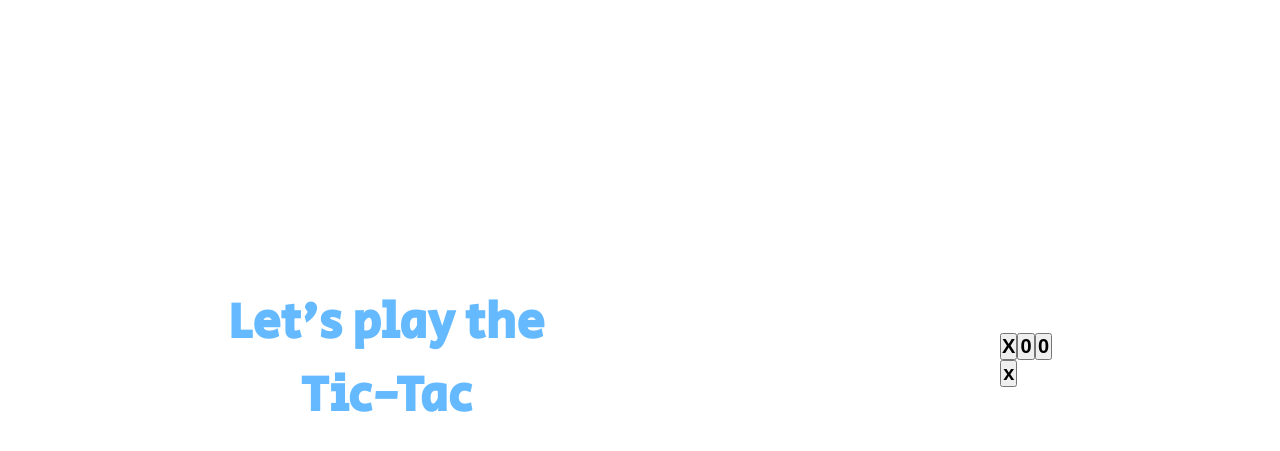
Repository: evergreenx/tic-tac
Page: /
An editor plug-in stored every save of this project. The page is shown before and after a run of saves, followed by the edit.
The browser window is 1280 px wide. The pictures show the whole page.
The project was rebuilt for these pictures with package versions that can differ from the ones it lists, and the page was loaded fresh each time.

Above is the page before, as saved 2022-04-20 16:51:15.

After the next 3 saves:
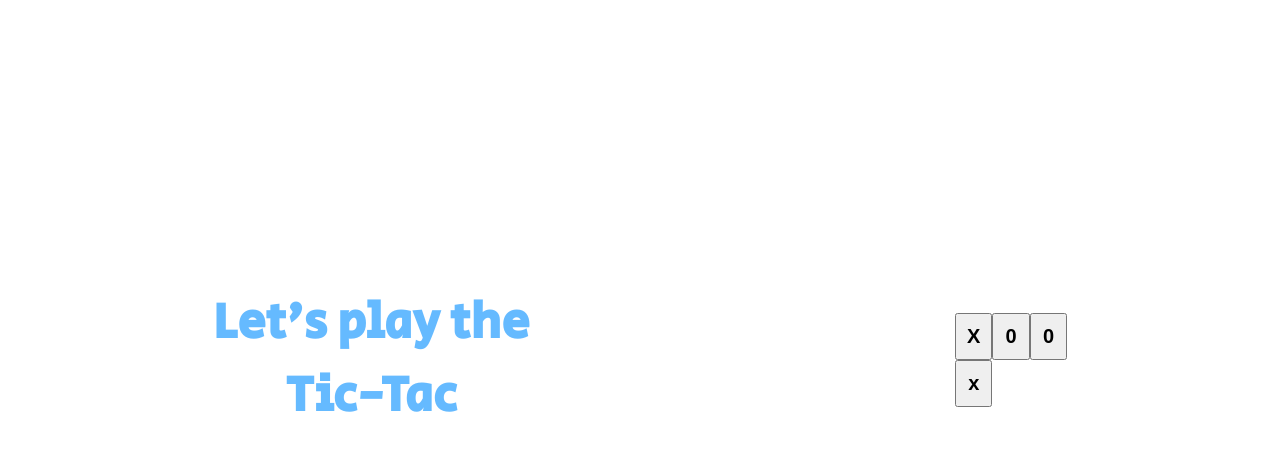
The 3 saves are shown as one change because they came seconds apart.
The last was saved 11 s later.
--- a/src/components/Board/Board.scss
+++ b/src/components/Board/Board.scss
@@ -9,5 +9,6 @@
 
     button {
         font-size:20px ; font-weight: 800;
+        padding:10px
     }
 }
